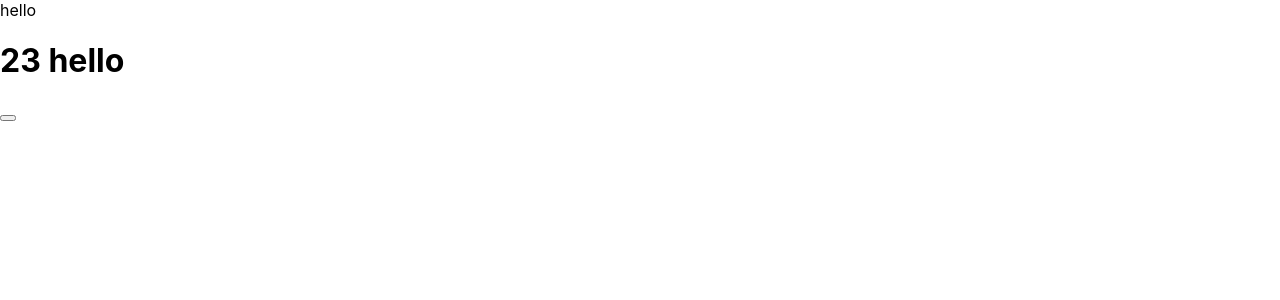
Repository: NorVirae/ethereum-staking-platform-frontend
Page: /
An editor plug-in stored every save of this project. The page is shown before and after the next save, followed by the edit.
The browser window is 1280 px wide. The pictures show the whole page.
The project was rebuilt for these pictures with package versions that can differ from the ones it lists, and the page was loaded fresh each time. Also part of the build but not shown: src/App.css.

Above is the page before, as saved 2022-03-24 09:49:30.

After the next save:
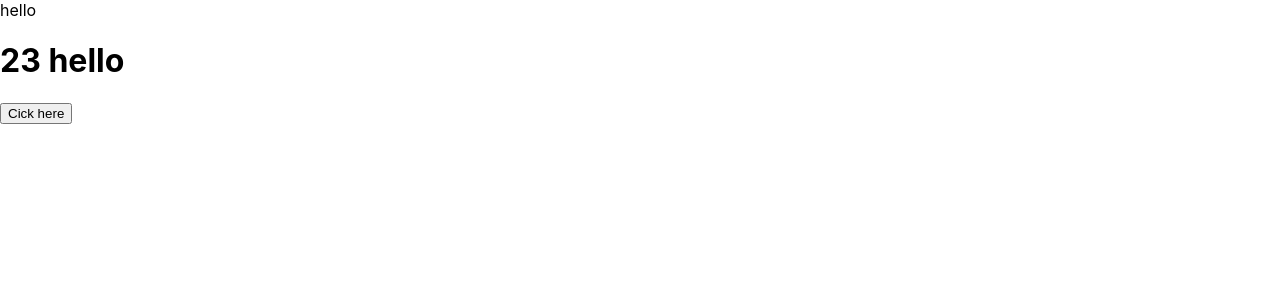
Saved 4 s later.
--- a/src/components/person.tsx
+++ b/src/components/person.tsx
@@ -15,7 +15,7 @@ export const Person:React.FC<Person> = ({props}) => {
     return (
         <div>
             <h1>{props.age} {props.name}</h1>
-            <button onClick={e=>setCountry("This is BTN")}></button>
+            <button onClick={e=>setCountry("This is BTN")}>Cick here</button>
         </div>
     )
 }
